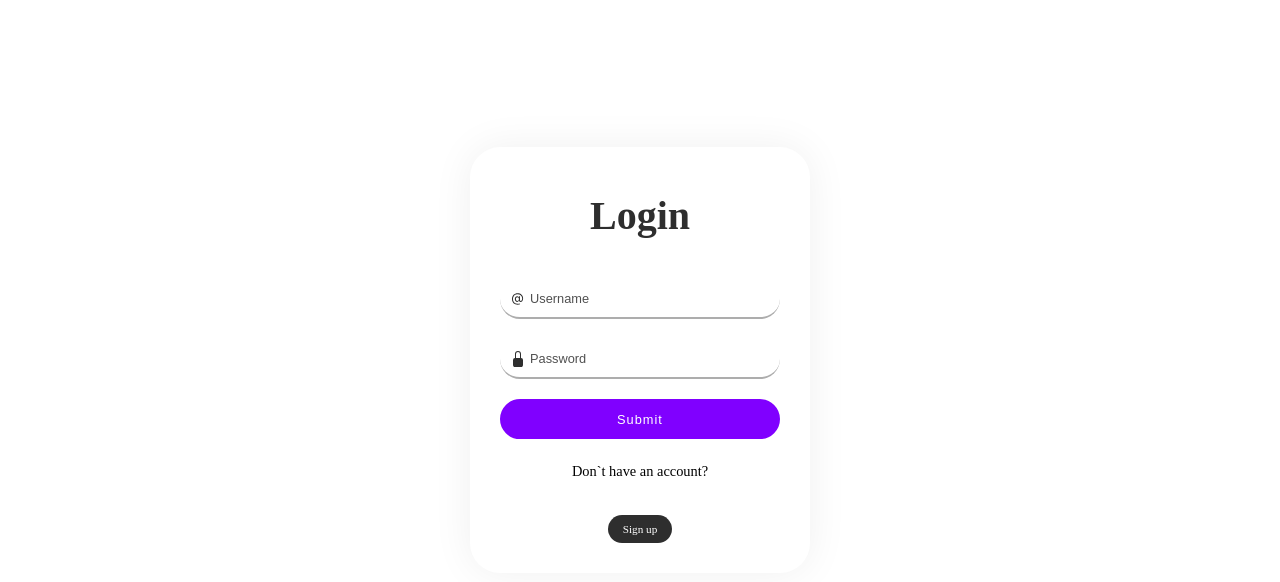
Repository: sharmisthak16/Student-Assignment
Page: / (app in my-project/)
An editor plug-in stored every save of this project. The page is shown before and after the next save, followed by the edit.
The browser window is 1280 px wide. The pictures show the whole page.
The project was rebuilt for these pictures with package versions that can differ from the ones it lists, and the page was loaded fresh each time. Also part of the build but not shown: my-project/vite.config.js, my-project/src/index.css, my-project/src/components/Dashboard.jsx.

Above is the page before, as saved 2025-01-30 11:57:43.

### my-project/index.html
<!doctype html>
<html lang="en">
  <head>
    <meta charset="UTF-8" />

    <meta name="viewport" content="width=device-width, initial-scale=1.0" />
    <title>Assignment</title>
  </head>
  <body>
    <div id="root"></div>
    <script type="module" src="/src/main.jsx"></script>
  </body>
</html>

### my-project/src/App.jsx
import React from 'react';
import { BrowserRouter as Router, Route, Routes } from 'react-router-dom'; // Use Routes instead of Switch
import LoginForm from './components/LoginForm';
import Dashboard from './components/Dashboard'; // Create this component for the dashboard page

function App() {
  return (
    <Router>
      <Routes>
        <Route path="/" element={<LoginForm />} /> {/* Use element instead of component */}
        <Route path="/dashboard" element={<Dashboard />} /> {/* Use element instead of component */}
      </Routes>
    </Router>
  );
}

export default App;

### my-project/src/components/LoginForm.jsx
import React, { useState } from 'react';
import { useNavigate } from 'react-router-dom'; // Import useNavigate from react-router-dom
import { auth } from '../components/firebase';
import { signInWithEmailAndPassword } from 'firebase/auth';
import { toast } from 'react-toastify';
import './LoginForm.css';

const LoginForm = () => {
  const [username, setUsername] = useState('');
  const [password, setPassword] = useState('');
  const navigate = useNavigate(); // Initialize navigate

  const handleSubmit = async (e) => {
    e.preventDefault();
    try {
      const userCredential = await signInWithEmailAndPassword(auth, username, password);
      console.log('User logged in:', userCredential.user);
      toast.success('Login Successful!');
      navigate('/dashboard'); // Navigate to the dashboard on successful login
    } catch (error) {
      console.error(error);
      toast.error('Login Failed! Please check your credentials.');
    }
  };

  return (
    <form className="form_main" onSubmit={handleSubmit}>
      <p className="heading">Login</p>
      <div className="inputContainer">
        <svg
          viewBox="0 0 16 16"
          fill="#2e2e2e"
          height="16"
          width="16"
          xmlns="http://www.w3.org/2000/svg"
          className="inputIcon"
        >
          <path d="M13.106 7.222c0-2.967-2.249-5.032-5.482-5.032-3.35 0-5.646 2.318-5.646 5.702 0 3.493 2.235 5.708 5.762 5.708.862 0 1.689-.123 2.304-.335v-.862c-.43.199-1.354.328-2.29.328-2.926 0-4.813-1.88-4.813-4.798 0-2.844 1.921-4.881 4.594-4.881 2.735 0 4.608 1.688 4.608 4.156 0 1.682-.554 2.769-1.416 2.769-.492 0-.772-.28-.772-.76V5.206H8.923v.834h-.11c-.266-.595-.881-.964-1.6-.964-1.4 0-2.378 1.162-2.378 2.823 0 1.737.957 2.906 2.379 2.906.8 0 1.415-.39 1.709-1.087h.11c.081.67.703 1.148 1.503 1.148 1.572 0 2.57-1.415 2.57-3.643zm-7.177.704c0-1.197.54-1.907 1.456-1.907.93 0 1.524.738 1.524 1.907S8.308 9.84 7.371 9.84c-.895 0-1.442-.725-1.442-1.914z"></path>
        </svg>
        <input
          placeholder="Username"
          id="username"
          className="inputField"
          type="text"
          value={username}
          onChange={(e) => setUsername(e.target.value)}
        />
      </div>

      <div className="inputContainer">
        <svg
          viewBox="0 0 16 16"
          fill="#2e2e2e"
          height="16"
          width="16"
          xmlns="http://www.w3.org/2000/svg"
          className="inputIcon"
        >
          <path d="M8 1a2 2 0 0 1 2 2v4H6V3a2 2 0 0 1 2-2zm3 6V3a3 3 0 0 0-6 0v4a2 2 0 0 0-2 2v5a2 2 0 0 0 2 2h6a2 2 0 0 0 2-2V9a2 2 0 0 0-2-2z"></path>
        </svg>
        <input
          placeholder="Password"
          id="password"
          className="inputField"
          type="password"
          value={password}
          onChange={(e) => setPassword(e.target.value)}
        />
      </div>

      <button id="button" type="submit">
        Submit
      </button>
      <div className="signupContainer">
        <p>Don`t have an account?</p>
        <a href="#">Sign up</a>
      </div>
    </form>
  );
};

export default LoginForm;

### my-project/src/components/firebase.js
// firebase.js

import { initializeApp } from "firebase/app";
import { getAuth, signInWithEmailAndPassword } from "firebase/auth"; // Import auth functions from firebase/auth

// Your Firebase config
const firebaseConfig = {
    apiKey: "AIzaSyBbJ0LWJOG7xecQUhc7-0NGPvu33pYSSAg",
  authDomain: "assignment-f6a48.firebaseapp.com",
  projectId: "assignment-f6a48",
  storageBucket: "assignment-f6a48.firebasestorage.app",
  messagingSenderId: "801572322432",
  appId: "1:801572322432:web:b56f932b3f50b6140f7a65",
  measurementId: "G-SBG6GTP1V2"
};

// Initialize Firebase
const app = initializeApp(firebaseConfig);
const auth = getAuth(app); // Get auth instance

// Export auth and signInWithEmailAndPassword
export { auth, signInWithEmailAndPassword };

### my-project/src/components/LoginForm.css
/* From Uiverse.io by vinodjangid07 */
.form_main {
    width: 280px;
    display: flex;
    flex-direction: column;
    align-items: center;
    justify-content: center;
    background-color: rgb(255, 255, 255);
    padding: 30px 30px 30px 30px;
    border-radius: 30px;
    box-shadow: 0px 0px 40px rgba(0, 0, 0, 0.062);
    position: absolute;
    top: 50%;
    left: 50%;
    transform: translate(-50%,-50%);
  }

  .heading {
    font-size: 2.5em;
    color: #2e2e2e;
    font-weight: 700;
    margin: 15px 0 30px 0;
  }

  .inputContainer {
    width: 100%;
    position: relative;
    display: flex;
    align-items: center;
    justify-content: center;
  }

  .inputIcon {
    position: absolute;
    left: 10px;
  }

  .inputField {
    width: 100%;
    height: 40px;
    background-color: transparent;
    border: none;
    border-bottom: 2px solid rgb(173, 173, 173);
    border-radius: 30px;
    margin: 10px 0;
    color: black;
    font-size: .8em;
    font-weight: 500;
    box-sizing: border-box;
    padding-left: 30px;
  }

  .inputField:focus {
    outline: none;
    border-bottom: 2px solid rgb(199, 114, 255);
  }

  .inputField::placeholder {
    color: rgb(80, 80, 80);
    font-size: 1em;
    font-weight: 500;
  }

  #button {
    position: relative;
    width: 100%;
    border: 2px solid #8000ff;
    background-color: #8000ff;
    height: 40px;
    color: white;
    font-size: .8em;
    font-weight: 500;
    letter-spacing: 1px;
    border-radius: 30px;
    margin: 10px;
    cursor: pointer;
    overflow: hidden;
  }

  #button::after {
    content: "";
    position: absolute;
    background-color: rgba(255, 255, 255, 0.253);
    height: 100%;
    width: 150px;
    top: 0;
    left: -200px;
    border-bottom-right-radius: 100px;
    border-top-left-radius: 100px;
    filter: blur(10px);
    transition-duration: .5s;
  }

  #button:hover::after {
    transform: translateX(600px);
    transition-duration: .5s;
  }

  .signupContainer {
    margin: 0;
    display: flex;
    flex-direction: column;
    align-items: center;
    justify-content: center;
    gap: 20px;
  }

  .signupContainer p {
    font-size: .9em;
    font-weight: 500;
    color: black;
  }

  .signupContainer a {
    font-size: .7em;
    font-weight: 500;
    background-color: #2e2e2e;
    color: white;
    text-decoration: none;
    padding: 8px 15px;
    border-radius: 20px;
  }

Loaded but not shown: my-project/src/main.jsx (common file)

After the next save:
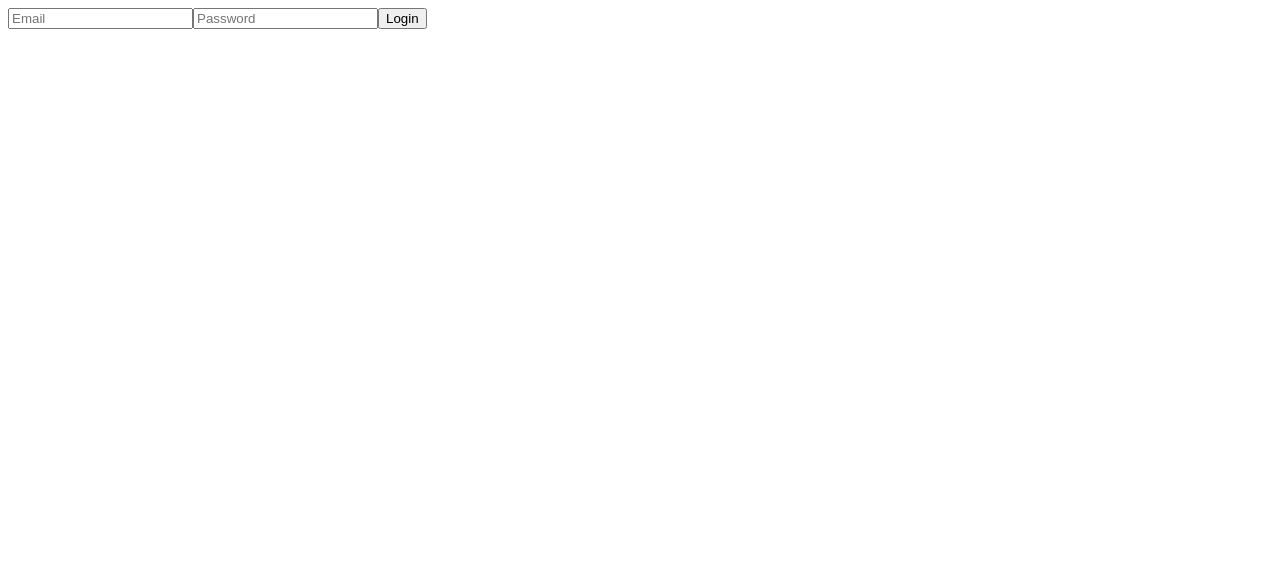
Saved 105 s later.
--- a/my-project/src/components/LoginForm.jsx
+++ b/my-project/src/components/LoginForm.jsx
@@ -1,80 +1,41 @@
 import React, { useState } from 'react';
-import { useNavigate } from 'react-router-dom'; // Import useNavigate from react-router-dom
-import { auth } from '../components/firebase';
 import { signInWithEmailAndPassword } from 'firebase/auth';
-import { toast } from 'react-toastify';
-import './LoginForm.css';
+import { auth } from '../components/firebase'; // Ensure this points to your firebase config
 
 const LoginForm = () => {
   const [username, setUsername] = useState('');
   const [password, setPassword] = useState('');
-  const navigate = useNavigate(); // Initialize navigate
+  const [error, setError] = useState('');
 
   const handleSubmit = async (e) => {
     e.preventDefault();
+
     try {
-      const userCredential = await signInWithEmailAndPassword(auth, username, password);
-      console.log('User logged in:', userCredential.user);
-      toast.success('Login Successful!');
-      navigate('/dashboard'); // Navigate to the dashboard on successful login
+      await signInWithEmailAndPassword(auth, username, password);
+      console.log("Login successful");
+      // You can redirect to dashboard or show success message here
     } catch (error) {
-      console.error(error);
-      toast.error('Login Failed! Please check your credentials.');
+      setError(error.message);  // Catch the error and display it
+      console.error(error.message);
     }
   };
 
   return (
-    <form className="form_main" onSubmit={handleSubmit}>
-      <p className="heading">Login</p>
-      <div className="inputContainer">
-        <svg
-          viewBox="0 0 16 16"
-          fill="#2e2e2e"
-          height="16"
-          width="16"
-          xmlns="http://www.w3.org/2000/svg"
-          className="inputIcon"
-        >
-          <path d="M13.106 7.222c0-2.967-2.249-5.032-5.482-5.032-3.35 0-5.646 2.318-5.646 5.702 0 3.493 2.235 5.708 5.762 5.708.862 0 1.689-.123 2.304-.335v-.862c-.43.199-1.354.328-2.29.328-2.926 0-4.813-1.88-4.813-4.798 0-2.844 1.921-4.881 4.594-4.881 2.735 0 4.608 1.688 4.608 4.156 0 1.682-.554 2.769-1.416 2.769-.492 0-.772-.28-.772-.76V5.206H8.923v.834h-.11c-.266-.595-.881-.964-1.6-.964-1.4 0-2.378 1.162-2.378 2.823 0 1.737.957 2.906 2.379 2.906.8 0 1.415-.39 1.709-1.087h.11c.081.67.703 1.148 1.503 1.148 1.572 0 2.57-1.415 2.57-3.643zm-7.177.704c0-1.197.54-1.907 1.456-1.907.93 0 1.524.738 1.524 1.907S8.308 9.84 7.371 9.84c-.895 0-1.442-.725-1.442-1.914z"></path>
-        </svg>
-        <input
-          placeholder="Username"
-          id="username"
-          className="inputField"
-          type="text"
-          value={username}
-          onChange={(e) => setUsername(e.target.value)}
-        />
-      </div>
-
-      <div className="inputContainer">
-        <svg
-          viewBox="0 0 16 16"
-          fill="#2e2e2e"
-          height="16"
-          width="16"
-          xmlns="http://www.w3.org/2000/svg"
-          className="inputIcon"
-        >
-          <path d="M8 1a2 2 0 0 1 2 2v4H6V3a2 2 0 0 1 2-2zm3 6V3a3 3 0 0 0-6 0v4a2 2 0 0 0-2 2v5a2 2 0 0 0 2 2h6a2 2 0 0 0 2-2V9a2 2 0 0 0-2-2z"></path>
-        </svg>
-        <input
-          placeholder="Password"
-          id="password"
-          className="inputField"
-          type="password"
-          value={password}
-          onChange={(e) => setPassword(e.target.value)}
-        />
-      </div>
-
-      <button id="button" type="submit">
-        Submit
-      </button>
-      <div className="signupContainer">
-        <p>Don`t have an account?</p>
-        <a href="#">Sign up</a>
-      </div>
+    <form onSubmit={handleSubmit}>
+      <input
+        type="email"
+        placeholder="Email"
+        value={username}
+        onChange={(e) => setUsername(e.target.value)}
+      />
+      <input
+        type="password"
+        placeholder="Password"
+        value={password}
+        onChange={(e) => setPassword(e.target.value)}
+      />
+      <button type="submit">Login</button>
+      {error && <p>{error}</p>} {/* Display the error message */}
     </form>
   );
 };

After the save that followed:
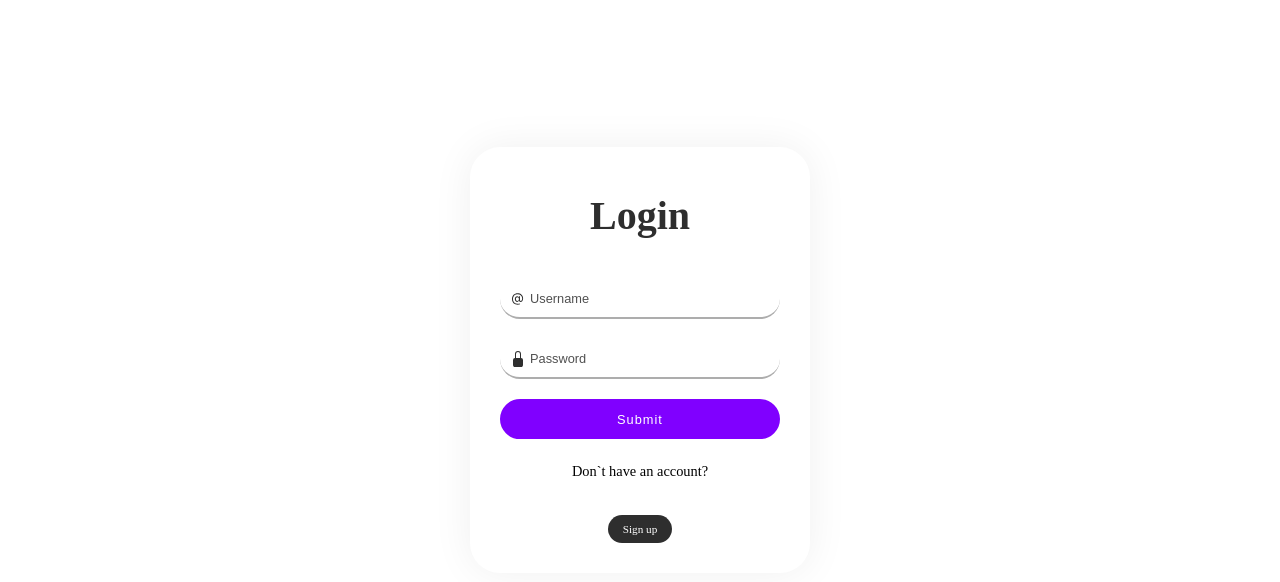
Saved 13 s later.
--- a/my-project/src/components/LoginForm.jsx
+++ b/my-project/src/components/LoginForm.jsx
@@ -1,41 +1,80 @@
 import React, { useState } from 'react';
+import { useNavigate } from 'react-router-dom'; // Import useNavigate from react-router-dom
+import { auth } from '../components/firebase';
 import { signInWithEmailAndPassword } from 'firebase/auth';
-import { auth } from '../components/firebase'; // Ensure this points to your firebase config
+import { toast } from 'react-toastify';
+import './LoginForm.css';
 
 const LoginForm = () => {
   const [username, setUsername] = useState('');
   const [password, setPassword] = useState('');
-  const [error, setError] = useState('');
+  const navigate = useNavigate(); // Initialize navigate
 
   const handleSubmit = async (e) => {
     e.preventDefault();
-
     try {
-      await signInWithEmailAndPassword(auth, username, password);
-      console.log("Login successful");
-      // You can redirect to dashboard or show success message here
+      const userCredential = await signInWithEmailAndPassword(auth, username, password);
+      console.log('User logged in:', userCredential.user);
+      toast.success('Login Successful!');
+      navigate('/dashboard'); // Navigate to the dashboard on successful login
     } catch (error) {
-      setError(error.message);  // Catch the error and display it
-      console.error(error.message);
+      console.error(error);
+      toast.error('Login Failed! Please check your credentials.');
     }
   };
 
   return (
-    <form onSubmit={handleSubmit}>
-      <input
-        type="email"
-        placeholder="Email"
-        value={username}
-        onChange={(e) => setUsername(e.target.value)}
-      />
-      <input
-        type="password"
-        placeholder="Password"
-        value={password}
-        onChange={(e) => setPassword(e.target.value)}
-      />
-      <button type="submit">Login</button>
-      {error && <p>{error}</p>} {/* Display the error message */}
+    <form className="form_main" onSubmit={handleSubmit}>
+      <p className="heading">Login</p>
+      <div className="inputContainer">
+        <svg
+          viewBox="0 0 16 16"
+          fill="#2e2e2e"
+          height="16"
+          width="16"
+          xmlns="http://www.w3.org/2000/svg"
+          className="inputIcon"
+        >
+          <path d="M13.106 7.222c0-2.967-2.249-5.032-5.482-5.032-3.35 0-5.646 2.318-5.646 5.702 0 3.493 2.235 5.708 5.762 5.708.862 0 1.689-.123 2.304-.335v-.862c-.43.199-1.354.328-2.29.328-2.926 0-4.813-1.88-4.813-4.798 0-2.844 1.921-4.881 4.594-4.881 2.735 0 4.608 1.688 4.608 4.156 0 1.682-.554 2.769-1.416 2.769-.492 0-.772-.28-.772-.76V5.206H8.923v.834h-.11c-.266-.595-.881-.964-1.6-.964-1.4 0-2.378 1.162-2.378 2.823 0 1.737.957 2.906 2.379 2.906.8 0 1.415-.39 1.709-1.087h.11c.081.67.703 1.148 1.503 1.148 1.572 0 2.57-1.415 2.57-3.643zm-7.177.704c0-1.197.54-1.907 1.456-1.907.93 0 1.524.738 1.524 1.907S8.308 9.84 7.371 9.84c-.895 0-1.442-.725-1.442-1.914z"></path>
+        </svg>
+        <input
+          placeholder="Username"
+          id="username"
+          className="inputField"
+          type="text"
+          value={username}
+          onChange={(e) => setUsername(e.target.value)}
+        />
+      </div>
+
+      <div className="inputContainer">
+        <svg
+          viewBox="0 0 16 16"
+          fill="#2e2e2e"
+          height="16"
+          width="16"
+          xmlns="http://www.w3.org/2000/svg"
+          className="inputIcon"
+        >
+          <path d="M8 1a2 2 0 0 1 2 2v4H6V3a2 2 0 0 1 2-2zm3 6V3a3 3 0 0 0-6 0v4a2 2 0 0 0-2 2v5a2 2 0 0 0 2 2h6a2 2 0 0 0 2-2V9a2 2 0 0 0-2-2z"></path>
+        </svg>
+        <input
+          placeholder="Password"
+          id="password"
+          className="inputField"
+          type="password"
+          value={password}
+          onChange={(e) => setPassword(e.target.value)}
+        />
+      </div>
+
+      <button id="button" type="submit">
+        Submit
+      </button>
+      <div className="signupContainer">
+        <p>Don`t have an account?</p>
+        <a href="#">Sign up</a>
+      </div>
     </form>
   );
 };
